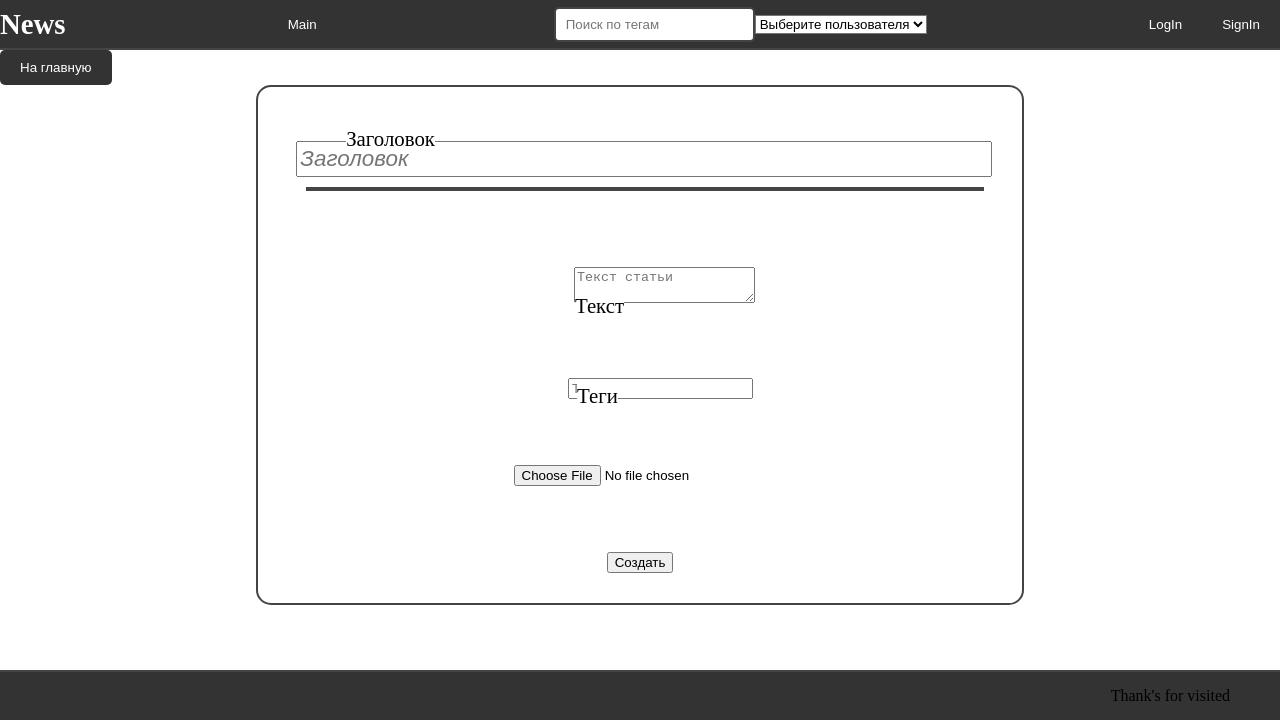
Repository: Igor-Blazhko/news_frontend
Page: /CreatePost
An editor plug-in stored every save of this project. The page is shown before and after the next save, followed by the edit.
The browser window is 1280 px wide. The pictures show the whole page.
The project was rebuilt for these pictures with package versions that can differ from the ones it lists, and the page was loaded fresh each time. Also part of the build but not shown: vite.config.ts, src/components/allPost/onePost/onePost.module.css, src/components/allPost/onePost/onePost.tsx, src/components/allPost/allPost.tsx, src/components/auth/logIn/login.module.css, src/components/auth/logIn/login.tsx, src/components/auth/register/register.tsx, src/components/pageOnePost/comments/comment.tsx and 2 more.

Above is the page before, as saved 2024-07-15 16:25:12.

### src/App.tsx
import Header from './components/header/header'
import AllPost from './components/allPost/allPost'
import Footer from './components/footer/footer'
import LogIn from './components/auth/logIn/login'
import { Page } from './types'
import SignIn from './components/auth/register/register'
import { BrowserRouter, Route, Routes } from 'react-router-dom'
import OnePost from './components/pageOnePost/OnePost'
import { Provider } from 'react-redux'
import { store } from './store'
import { QueryClient, QueryClientProvider } from '@tanstack/react-query'
import CreatePost  from './components/createPost/createPost'



const queryClient = new QueryClient();

function App() {

  return (
    <Provider store={store}>
      <QueryClientProvider client={queryClient}>
        <BrowserRouter>
        <Header></Header>
          <Routes>
            <Route path="*" element ={ <AllPost/> }/>
            <Route path={Page.LogIn} element ={ <LogIn/> }/>
            <Route path={Page.SignIn} element ={ <SignIn/> }/>
            <Route path={Page.CreatePost} element ={ <CreatePost/> }/>
            <Route path={Page.OnePost+'/:id'} element ={ <OnePost/> }/>
          </Routes>
        <Footer></Footer>
        </BrowserRouter>
      </QueryClientProvider>
    </Provider>
  )
}

export default App

### src/index.css
body{
  margin: 0;
  padding: 0;
  width: 100vw;
  min-height: 100vh;
  overflow-x: hidden;
}

main{
  min-height: calc(100vh - 100px);
}

### src/components/header/header.tsx

import { Link } from 'react-router-dom';
import Button from '../simplyComponents/button/button';
import styles from './header.module.css'
import ButtonAuth  from './buttonAuth/buttonAuth';
import Filter from './filter/filter';


export default function Header() {
        return (
        <header className={styles.header}>
            <div className={styles.logo}>
                News
            </div>
            <nav>
                <Link to="">
                    <Button>Main</Button>
                </Link>
            </nav>
            <Filter/>
            <ButtonAuth/>
        </header>
    )
}

### src/components/footer/footer.tsx
import { Link } from 'react-router-dom'
import styles from './footer.module.css'
import { Page } from '../../types'
import Button from '../simplyComponents/button/button'
import { useSelector } from 'react-redux'
import { States } from '../../store'

export default function Footer(){
    const JWT = useSelector( (state:States) => state.JWT)
    return(
        <footer className={styles.footer}>
            {
            JWT &&
            <Link to={'/'+Page.CreatePost}>
                <Button>Создать пост</Button>
            </Link>
            }

            <div className={styles.text}>Thank's for visited</div>
        </footer>
    )
}

### src/types.ts
export const enum Page {
    LogIn = 'LogIn',
    SignIn = 'SignIn',
    AllPost = 'AllPost',
    OnePost = 'OnePost',
    CreatePost = 'CreatePost',
}

export class ObjectToken {
    private readonly access_token:string;
    constructor(access_token:string){
        this.access_token = access_token;
    }
}

export class HTTPExeption{
    private readonly response:string;
    private readonly status:number;
    private readonly message:string;
    private readonly name:string;
    constructor(response:string, status:number, message:string, name:string){
        this.response = response;
        this.status = status;
        this.message = message;
        this.name = name;
    }
}

### src/store.ts
import { createStore } from '@reduxjs/toolkit'
import cooks from './basefunction';

export interface States{
  tagfilter: string[],
  userfilter: number,
  JWT:string|undefined,
  location: string,
}

const defaultState:States = {
  tagfilter: [],
  userfilter: 0,
  JWT: cooks.getJWT(),
  location: '*',
}

type Action = {
  type:string,
  buffer?:string,
  userId?:number,
  JWT?:string,
}
const reducer = (state = defaultState, action:Action) => {
  switch (action.type){
    case 'Filter':
      if (( 'buffer' in action) && (action.buffer !== undefined)) {
        const arr = action.buffer.split(' ');
        state = {...state,
          tagfilter: arr,
        }
      }
      return state;
    case 'setUserFilter':
      if (( 'userId' in action) && (action.userId !== undefined)) {
        state = {...state,
          userfilter: action.userId,
        }
      }
      return state
    case 'SetJWT':
      if ( ('JWT' in action) && (action.JWT !== undefined) ){
        state = {...state,
          JWT: action.JWT,
        }
        cooks.LogIn(action.JWT)
      // document.cookie = `JWT_token=${action.JWT}`
      }
      return state;
    case 'DelJwt':
      state = {
        ...state,
        JWT:'',
      }
      cooks.LogOut()
      return state;
    case 'setLocation':
      state = {
        ...state,
        location: location.pathname,
      }
      return state;
    case 'dropLocation':
      state = {
        ...state,
        location: '*',
      }
      return state;
    default:
      return state;
  }
}

export const store = createStore(reducer)

### src/components/createPost/createPost.tsx
import { Link } from "react-router-dom";
import { Page } from "../../types";
import Button from "../simplyComponents/button/button";
import SERVER from "../../dataServer";
import styles from "./createPost.module.css"

export default function CreatePost(){

    return (
        <main>
            <Link to={'/'}>
                <Button>На главную</Button>
            </Link>
            <div>
                <form action={SERVER.POST.News.create} method="post" className={styles.form}>
                    <div className={styles.article}>
                        <label htmlFor="article" className={styles.article} >Заголовок</label>
                        <input type="text" name="article" maxLength={254} placeholder="Заголовок" className={styles.article}/>
                    </div>
                    <div className={styles.text}>
                        <label htmlFor="text" className={styles.text} >Текст</label>
                        <textarea name="text" placeholder="Текст статьи" className={styles.text}/>
                    </div>
                    <div className={styles.tags}>
                        <label htmlFor="tags" className={styles.tags}>Теги</label>
                        <input type="text" name="tags" placeholder="Теги"  className={styles.tags}/>
                    </div>
                    <input type="file" />
                    <button type="submit" className={styles.btn}>Создать</button>
                </form>
            </div>
        </main>

    )
}

### src/components/simplyComponents/button/button.tsx
import { MouseEventHandler, ReactNode } from 'react'
import styles from './button.module.css'
type Button = {
    text?:string,
    children?:ReactNode
    onClick?:MouseEventHandler<HTMLButtonElement>
}

export default function Button(props:Button){

    return(
        <button className={styles.button} onClick={props.onClick}>{props.children}</button>
    )
}

### src/components/header/header.module.css
header {
    background-color: #333;
    display: flex;
    justify-content: space-between;
    align-items: center;
    border-bottom: 2px solid #444;
    box-sizing: border-box;
    min-height: 50px;
}

.logo {
    font-size: 1.8em;
    font-weight: bold;
    color: #fff;
}



  .filter {
    display: flex;
    align-items: center;
  }

  .filter input,
  .filterselect {
    padding: 8px 10px;
    margin-left: 15px;
    border: 2px solid #444;
    border-radius: 5px;
    transition: border-color 0.3s ease;
  }

  .filter input:focus,
  .filter select:focus {
    border-color: #888;
  }

  .filter select {
    background-color: #fff;
}

### src/components/header/buttonAuth/buttonAuth.tsx
import { useDispatch, useSelector } from "react-redux"
import { States } from "../../../store"
import cooks from "../../../basefunction";
import Button from "../../simplyComponents/button/button";
import { Link } from "react-router-dom";
import { Page } from "../../../types";

export default function ButtonAuth(){

    const JWT = useSelector( (state:States) => state.JWT);
    const dispatch = useDispatch();

    function LogOut(){
        dispatch({
            type: 'DelJwt',
        })
    }

    return (
        <>
            {
                JWT?
                <div className="auth">
                    <Button onClick={LogOut}>LogOut</Button>
                </div>
                :
                <div className="auth">
                    <Link to={Page.LogIn}>
                        <Button>LogIn</Button>
                    </Link>
                    <Link to={Page.SignIn}>
                        <Button>SignIn</Button>
                    </Link>
                </div>
                }
        </>
    )
}

### src/components/header/filter/filter.tsx

import { useEffect, useState } from 'react'
import { User } from '../../pageOnePost/types/types'
import styles from '../header.module.css'
import { useDispatch } from 'react-redux'

export default function Filter(){
    const [users, setUsers] = useState([ {
        id: 1,
        name: 'igor',
        sername: 'Blazhko',
        login: 'user1',
    }])
    const [change, setChange] = useState(false)
    const dispatch = useDispatch()

    useEffect(() => {
        const users = [
            {
                id: 1,
                name: 'igor',
                sername: 'Blazhko',
                login: 'user1',
            },
            {
                id: 2,
                name: 'igor',
                sername: 'Tokin',
                login: 'user2',
            },
            {
                id: 3,
                name: 'igor',
                sername: 'Lankin',
                login: 'user3',
            },
        ];
        setUsers(users);
        // setLog(JWT)
    },[])

    function changeFilter(event:React.ChangeEvent<HTMLInputElement>){
        dispatch({
            type:'Filter',
            buffer: event.target.value,
        })
    }

    function changeUser(event) {
        dispatch({
            type:'setUserFilter',
            userId: +event.target.value,
        })
        if ( +event.target.value ) setChange(true)
        else setChange(false)
    }

    return (
            <div className={styles.filter}>
                <input type="text" placeholder="Поиск по тегам" onChange={changeFilter}/>
                <select onChange={changeUser} defaultValue="option0">
                    <option value="0">
                        { change? 'Cбросить фильтрацию': 'Выберите пользователя'}
                    </option>
                    {
                        users.map((user:User)=> <option key = {user.id} value={user.id}>{user.name} {user.sername}</option>)
                    }
                </select>
            </div>
    )
}

### src/components/allPost/allPost.module.css

main {
    display: flex;
    flex-direction: column;
    row-gap: 25px;
  }

### src/dataServer.ts


const SERVER = {
    base: 'http://192.168.3.37:5000/',
    POST: {
        register: 'http://127.0.0.1:5000/auth/registration',
        login: 'http://127.0.0.1:5000/auth/login',
        comments: {
            createCom: 'http://127.0.0.1:5000/comments',
        },
        News: {
            create: 'http://127.0.0.1:5000/news',
        }
    },
    GET: {
        allNews: 'http://127.0.0.1:5000/news',
        oneNews: 'http://127.0.0.1:5000/news?id=',
        getAllCommentByPostId: 'http://127.0.0.1:5000/comments?id=',
    }
}
export default SERVER;

### src/components/footer/footer.module.css
footer {
    width: 100vw;
    background-color: #333;
    min-height: 50px;
    border-top: 2px solid #444;
    display: flex;
    justify-content: flex-end;
    align-items: center;
    box-sizing: border-box;
}

.text{
    margin-right: 50px;
}

### src/components/pageOnePost/OnePost.module.css
main{
  display: block;
}
.post_content_full {
    display: flex;
    flex-direction: column;
    align-items: center;
    text-align: center;
    animation: slideIn 0.5s ease-in-out;
  }

  .post_image {
    width: 150px;
    height: 150px;
    margin-bottom: 20px;
  }

  .post_title_full {
    font-size: 2em;
    margin-bottom: 20px;
  }

  .post_text_full {
    font-size: 1.2em;
    margin-bottom: 40px;
  }

  .comments {
    background-color: #fff;
    padding: 20px;
    border: 1px solid #ccc;
    border-radius: 10px;
    margin-top: 20px;
  }



  .comments h3 {
    font-size: 1.5em;
    margin-bottom: 10px;
  }

  .comment {
    margin-bottom: 10px;
    padding: 10px;
    border: 1px solid #ccc;
    border-radius: 5px;
    background-color: #fafafa;
  }

  .comment p {
    font-size: 1.2em;
  }

  .comment_form {
    margin-top: 20px;
  }

  .comment_form textarea {
    width: 100%;
    padding: 10px;
    margin-bottom: 10px;
    border: 1px solid #ccc;
    border-radius: 5px;
    resize: vertical;
    transition: border-color 0.3s ease;
  }

  .comment_form textarea:focus {
    border-color: #888;
  }

  .comment_form button {
    padding: 10px;
    border: none;
    border-radius: 5px;
    background-color: #333;
    color: #fff;
    cursor: pointer;
    transition: background-color 0.3s ease, transform 0.3s ease;
  }

  .comment_form button:hover {
    background-color: #444;
    transform: translateY(-3px);
  }

### src/basefunction.ts
import { useDispatch } from "react-redux";

class Cookie {
    getCookie(name:string) {
        let matches = document.cookie.match(new RegExp(
          "(?:^|; )" + name.replace(/([\.$?*|{}\(\)\[\]\\\/\+^])/g, '\\$1') + "=([^;]*)"
        ));
        return matches ? decodeURIComponent(matches[1]) : undefined;
    }

    setCookie(name:string, value:string, options = {}) {

        options = {
          path: '/',
          // при необходимости добавьте другие значения по умолчанию
          ...options
        };

        if (options.expires instanceof Date) {
          options.expires = options.expires.toUTCString();
        }

        let updatedCookie = encodeURIComponent(name) + "=" + encodeURIComponent(value);

        for (let optionKey in options) {
          updatedCookie += "; " + optionKey;
          let optionValue = options[optionKey];
          if (optionValue !== true) {
            updatedCookie += "=" + optionValue;
          }
        }

        document.cookie = updatedCookie;
    }

    deleteCookie(name:string) {
        this.setCookie(name, "", {
          'max-age': -1
        })
    }

    getJWT(){
        return this.getCookie('JWT_token')
    }

    LogIn(token:string){
        this.setCookie('JWT_token', token, {
            'max-age': 3600
          } )
    }

    LogOut(){
        this.setCookie('JWT_token', '', {
            'max-age': 3600
          } )
    }
}
const cooks = new Cookie()
export default cooks

### src/components/createPost/createPost.module.css
.form {
    border: 2px solid #444;
    border-radius: 15px;
    width: 60%;
    height: calc(100vh - 200px);
    margin: 0 auto;
    display: flex;
    flex-direction: column;
    justify-content: space-between;
    align-items: center;
    padding: 30px 0 ;
    box-sizing: border-box;
}

div.article{
    width: 90%;
}

label{
    position: relative;
    top: 10px;
    left: 50px;
    z-index: 2;
    background-color: white;
    font-size: 1.3em;
    transition: all 0.3s ease-in-out;
}
div:has(input:focus) label{
    transition: all 0.2s  ease-in;
    top: 0;
}


input.article{
    width: 100%;
    height: 30px;
    font-size: 1.4em;
    font-style: italic;
    display: block;
}

div.article::after{
    display: block;
    width: 98%;
    background-color: #444;
    border: 2px solid #444;
    content: "";
    margin: 10px;
}

### src/components/simplyComponents/button/button.module.css
.button {
    padding: 10px 20px;
    background-color: #333;
    color: #fff;
    border: none;
    border-radius: 5px;
    cursor: pointer;
    transition: background-color 0.3s ease, transform 0.3s ease;
    text-decoration: none;
}

.button:hover {
    background-color: #444;
    transform: translateY(-3px);
}

Loaded but not shown: index.html (common file); src/main.tsx (common file)

After the next save:
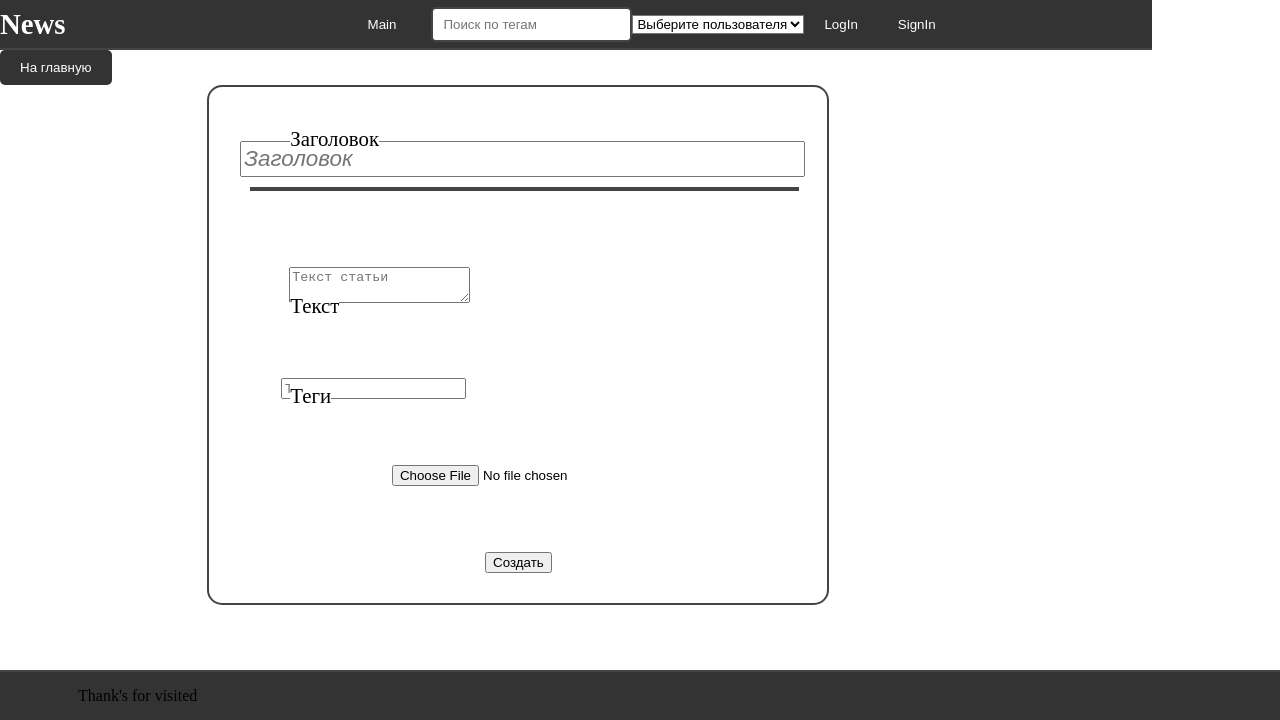
Saved 12 s later.
--- a/src/components/createPost/createPost.module.css
+++ b/src/components/createPost/createPost.module.css
@@ -12,7 +12,7 @@
     box-sizing: border-box;
 }
 
-div.article{
+div{
     width: 90%;
 }
 
